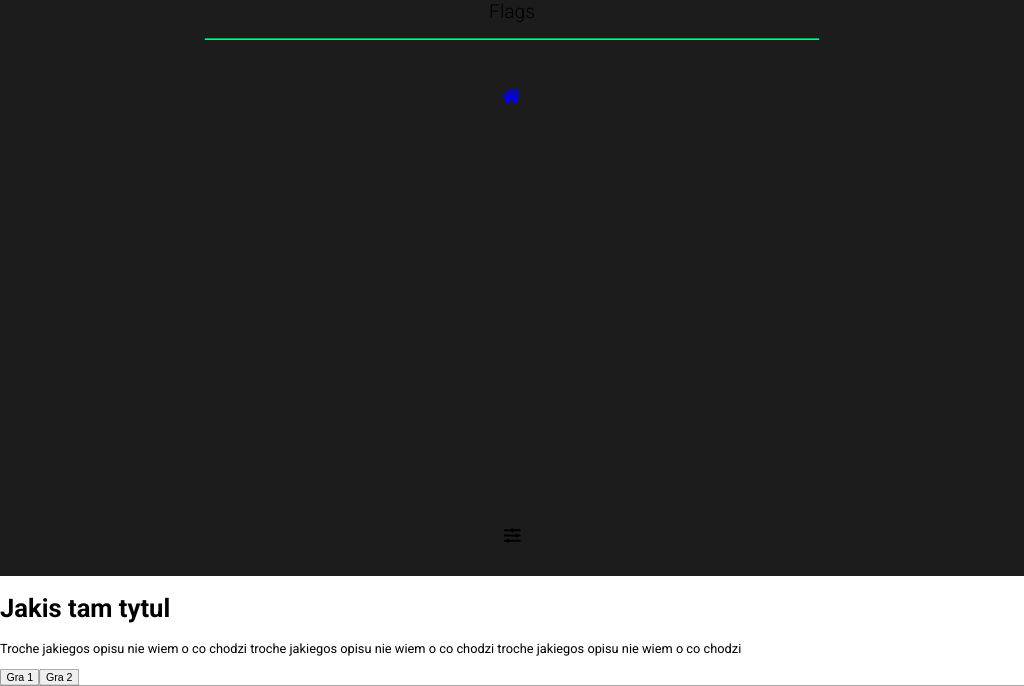
Repository: RXBVK/Flags
Page: /
An editor plug-in stored every save of this project. The page is shown before and after the next save, followed by the edit.
The browser window is 1280 px wide. The pictures show the whole page, at 80% of full size.
The project was rebuilt for these pictures with package versions that can differ from the ones it lists, and the page was loaded fresh each time.

Above is the page before, as saved 2021-06-29 16:13:31.

After the next save:
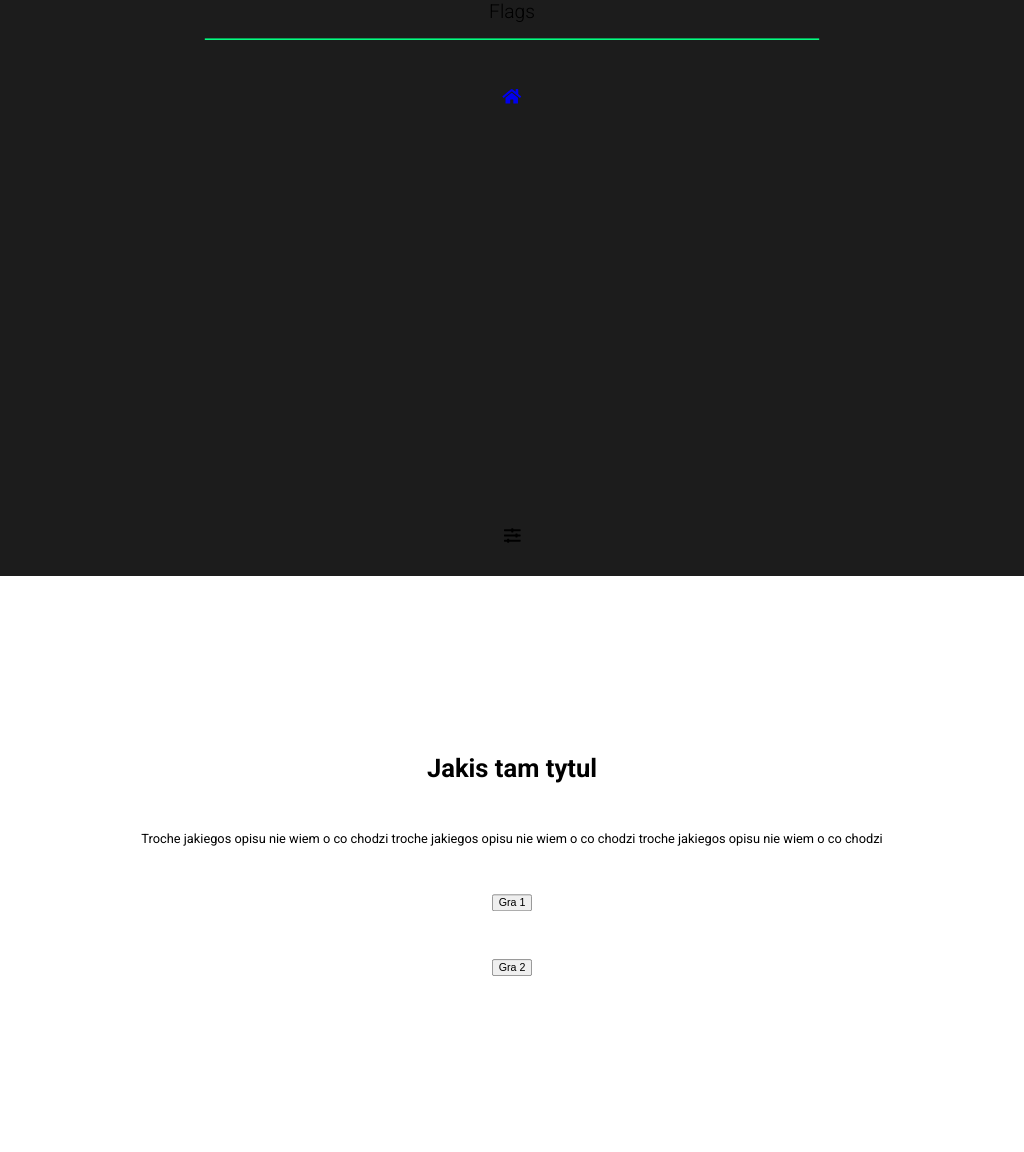
Saved 60 s later.
--- a/src/components/Home/Home.js
+++ b/src/components/Home/Home.js
@@ -2,7 +2,7 @@ import React from "react";
 
 export default function Home() {
   return (
-    <div>
+    <div className="container">
       <h1>Jakis tam tytul</h1>
       <p>
         Troche jakiegos opisu nie wiem o co chodzi troche jakiegos opisu nie
